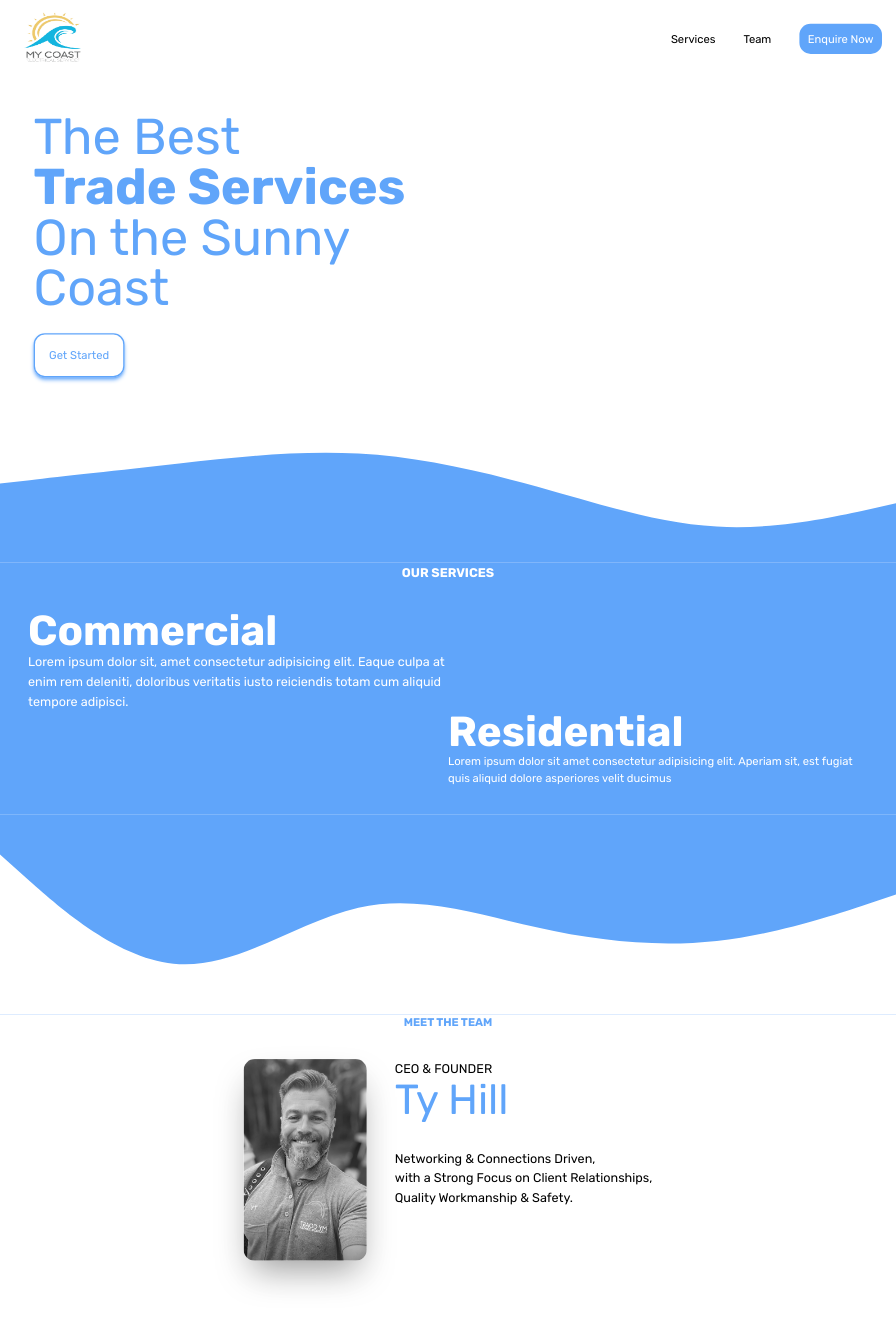
Repository: Jace-Kington/mce-website
Page: /
An editor plug-in stored every save of this project. The page is shown before and after the next save, followed by the edit.
The browser window is 1280 px wide. The pictures show the part of the page from y = 0 to 1920 px (the page is 2895 px tall), at 70% of full size.
The project was rebuilt for these pictures with package versions that can differ from the ones it lists, and the page was loaded fresh each time. The framework's server and built-in components were replaced by stand-ins that run in the browser. Also part of the build but not shown: next.config.js.

Above is the page before, as saved 2022-11-12 14:17:24.

### pages/index.js

import Navbar from '../components/Navbar'
import Services from '../components/Services'
import MeetUs from '../components/Meet-us'
import ContactUs from '../components/ContactUs'
import Footer from '../components/Footer'

export default function Home() {
  return (
    <div>
      <head>
        <link rel="preconnect" href="https://fonts.googleapis.com"/>
        <link rel="preconnect" href="https://fonts.gstatic.com" crossorigin/>
        <link href="https://fonts.googleapis.com/css2?family=Rubik:ital,wght@0,400;0,500;0,700;0,900;1,800;1,900&display=swap" rel="stylesheet"/>
        <meta charset="UTF-8"/>
        <meta name="viewport" content="width=device-width, initial-scale=1.0, user-scalable=0"/>
        <title>My Coat Electrical</title>
      </head>
      <Navbar/>
      <Services/>
      <MeetUs/>
      <ContactUs/>
      <Footer/>
    </div>
  )
}

### styles/globals.css
@tailwind base;
@tailwind components;
@tailwind utilities;

* {
  font-family: 'Rubik';
}

### components/Navbar.jsx
import React from 'react'
import Image from 'next/image'
import image_2 from '../assets/logo-1.png'
import HamburgerMenu from './Hamburger'
import Link from 'next/link'

const Navbar = () => {
  return (
    <div className=''>
      <div className='flex justify-between items-center md:hidden'>
      <Image alt = "" src={image_2} className='rounded-full p-2 h-28 w-28' />

        <HamburgerMenu className = ''/>
      </div>

      <div className='md:flex hidden justify-between items-center ml-5 mr-5'>
        <Image alt = "" src={image_2} className='rounded-full p-2 h-28 w-28' />
        <div className='flex gap-10 items-center'>
          <a className='hover:text-blue-400 transition ease-in' href='#services-section'>
            Services
          </a>

          <a className='hover:text-blue-400 transition ease-in ' href="#meet-us">
            Team
          </a>

          <div className=''>
            <a className='bg-blue-400 hover:bg-blue-500 transition ease-in rounded-2xl p-3' href="#contact-us">
              <span className='text-white'>Enquire Now</span>
            </a>
          </div>

        </div>
      </div>

      <div className='grid grid-cols-2'>
        <div className='text-left text-blue-400 mt-12 ml-12'>
          <div className='text-4xl sm:text-7xl'>
            The Best
          </div>
          <strong className='text-7xl'>Trade Services</strong>
          <div className='text-4xl sm:text-7xl'>
            On the Sunny Coast
          </div>

          <div className='outline-rounded mt-12 bg-white'>
            <a  style = {{'border-width': '2px', 'border-color': '#60a5fa'}} className='rounded-2xl hover:bg-blue-400 hover:text-white transition shadow-md shadow-blue-400 hover:shadow-lg hover:shadow-blue-400 p-5' href="#contact-us">
              Get Started
            </a>
          </div>
        </div>
        <div>

        </div>
      </div>
      <svg xmlns="http://www.w3.org/2000/svg" viewBox="0 0 1440 320"><path fill="#60a5fa" fill-opacity="1" d="M0,192L48,186.7C96,181,192,171,288,160C384,149,480,139,576,144C672,149,768,171,864,197.3C960,224,1056,256,1152,261.3C1248,267,1344,245,1392,234.7L1440,224L1440,320L1392,320C1344,320,1248,320,1152,320C1056,320,960,320,864,320C768,320,672,320,576,320C480,320,384,320,288,320C192,320,96,320,48,320L0,320Z"></path></svg>
    </div>
  )
}

export default Navbar

### components/Services.tsx
import React from 'react'

const Services = () => {
  return (
    <div id = 'services-section' className = 'bg-blue-400'>
        <div className = 'text-white text-center font-semibold text-lg uppercase underline-offset-1'>Our Services</div>
        <div className = 'grid grid-cols-2 m-10'>
            <div className = ''>
                <div className = 'text-white text-3xl sm:text-6xl font-bold'>Commercial</div>
                <div className = 'text-white text-lg'>Lorem ipsum dolor sit, amet consectetur adipisicing elit. Eaque culpa at enim rem deleniti, doloribus veritatis iusto reiciendis totam cum aliquid tempore adipisci. </div>
            </div>
            <div className = ''>

            </div>
            <div>

            </div>
            <div>
                <div className = 'text-white text-3xl sm:text-6xl font-bold'>Residential</div>
                <div className = 'text-white'>Lorem ipsum dolor sit amet consectetur adipisicing elit. Aperiam sit, est fugiat quis aliquid dolore asperiores velit ducimus </div>
            </div>
        </div>
        <svg className = 'bg-white' xmlns="http://www.w3.org/2000/svg" viewBox="0 0 1440 320">
        <path fill="#60a5fa" fill-opacity="1" d="M0,64L48,106.7C96,149,192,235,288,240C384,245,480,171,576,149.3C672,128,768,160,864,181.3C960,203,1056,213,1152,202.7C1248,192,1344,160,1392,144L1440,128L1440,0L1392,0C1344,0,1248,0,1152,0C1056,0,960,0,864,0C768,0,672,0,576,0C480,0,384,0,288,0C192,0,96,0,48,0L0,0Z"></path>
        </svg>
    </div>
  )
}

export default Services

### components/Meet-us.tsx
import React from 'react'
import Image from 'next/image'
import image_2 from '../assets/ty-photo.png'


const MeetUs = () => {
  return (
    <div id = "meet-us" className = 'max-w-[100%]'>
        <div className = 'text-blue-400 uppercase font-semibold text-center'>Meet the Team</div>

        <div className = 'justify-center flex gap-10 m-10'>
            <div>
              <Image alt = "" className = 'rounded-2xl shadow-2xl shadow-blue-400 grayscale h-72 w-44' src = {image_2}/>
            </div>
            <div>
                <div className = 'uppercase text-lg'>CEO & Founder</div>
                <div className = 'text-6xl text-blue-400 pb-10'>Ty Hill</div>
                <div className = 'text-lg'>
                  <div className = ''>Networking & Connections Driven, </div>
                  <div>with a Strong Focus on Client Relationships,</div>
                  <div>Quality Workmanship & Safety.</div>
                </div>

            </div>
        </div>

        <svg xmlns="http://www.w3.org/2000/svg" viewBox="0 0 1440 320"><path fill="#60a5fa" fill-opacity="1" d="M0,288L48,256C96,224,192,160,288,149.3C384,139,480,181,576,170.7C672,160,768,96,864,112C960,128,1056,224,1152,266.7C1248,309,1344,299,1392,293.3L1440,288L1440,320L1392,320C1344,320,1248,320,1152,320C1056,320,960,320,864,320C768,320,672,320,576,320C480,320,384,320,288,320C192,320,96,320,48,320L0,320Z"></path></svg>
    </div>
  )
}

export default MeetUs

### components/ContactUs.jsx
import React, { useRef } from 'react'
import emailjs from '@emailjs/browser'
import { ToastContainer, toast } from 'react-toastify'
import 'react-toastify/dist/ReactToastify.css'

const ContactUs = () => {
  const toast_success = () => { toast('Email Sent!'); }
  const toast_fail = () => { toast('Error'); }

  const form = useRef();

  const sendEmail = (e) => {
    e.preventDefault();

    emailjs.sendForm('service_16oy9kb', 'template_p83nfjr', form.current, '7jHtCbxop4BW2nz9r')
      .then((result) => {
          console.log(result.text);
          toast_success();
      }, (error) => {
          console.log(error.text);
          toast_fail();
      });
  };

  return (
    <div id = "contact-us" className = 'bg-blue-400'>
        <div className = 'flex'>
          <div className = 'text-white uppercase font-semibold p-20 text-8xl'>
              <div>We&apos;ll</div>
              <div>Be In</div>
              <div>Touch</div>
          </div>
          <form ref = {form} onSubmit = {sendEmail} className = 'pt-20'>
            <div className = 'flex gap-20 '>
              <div className = 'flex flex-col gap-10'>
                <div>
                  <label className = 'text-white' for="fname">First name:</label>
                  <input className = 'rounded-lg p-2 outline-1 outline-white w-full' type="text" id="fname" name="fname"/>
                </div>
                <div>
                  <label className = 'text-white' for="lname">Last name:</label>
                  <input className = 'rounded-lg p-2 outline-1 outline-white w-full' type="text" id="lname" name="lname"/>
                </div>
              </div>
              <div>
              <div className = 'flex flex-col gap-10'>
                <div>
                  <label className = 'text-white' for="phonenumber">Phone Number:</label>
                  <input className = 'rounded-lg p-2 outline-1 outline-white w-full' type="text" id="phonenumber" name="phonenumber"/>
                </div>
                <div>
                  <label className = 'text-white' for="email">Email:</label>
                  <input className = 'rounded-lg p-2 outline-1 outline-white w-full' type="text" id="email" name="email"/>
                </div>
              </div>
              </div>
            </div>

            <div>
              <button style = {{'border-width': '3px', 'border-color': 'white'}} className = 'text-center w-full p-3 rounded-2xl font-semibold hover:text-blue-400 text-white transition ease-in bg-blue-400 hover:bg-white mt-14'>Send</button>
              <ToastContainer
  position="top-right"
  autoClose={5000}
  hideProgressBar={true}
  newestOnTop={false}
  closeOnClick
  rtl={false}
  pauseOnFocusLoss
  draggable
  pauseOnHover
  toastStyle = {{'background-color': 'rgb(34 197 94)', 'color': 'white', 'border-radius': '1rem', 'padding': '15px'}}
  />
            </div>
          </form>
        </div>
      </div>
  )
}

export default ContactUs

### components/Footer.tsx
import React from 'react'
import image_2 from '../assets/logo-1.png'
import Image from 'next/image'

const Footer = () => {
  return (
    <div className = 'border-t-2 border-gray pb-4 bg-blue-400'>
        <div className = 'flex justify-between text-white p-20'>
            <div className = ''>
                <div className = 'flex items-center gap-5'>
                <Image alt = "" src= {image_2} className = 'items-start rounded-full p-2 h-28 w-28'/>

                <div className = 'flex gap-10 text-white'>
                    <svg fill="#fff" xmlns="http://www.w3.org/2000/svg"  viewBox="0 0 16 16" width="32px" height="32px"><path d="M 15 3.296875 C 14.476563 3.523438 13.949219 3.691406 13.367188 3.746094 C 13.949219 3.410156 14.417969 2.84375 14.648438 2.226563 C 14.066406 2.5625 13.484375 2.789063 12.84375 2.902344 C 12.257813 2.339844 11.5 2 10.683594 2 C 9.109375 2 7.824219 3.242188 7.824219 4.765625 C 7.824219 4.988281 7.824219 5.214844 7.882813 5.386719 C 4.875 5.386719 2.8125 3.691406 1.414063 2 C 1.121094 2.394531 1.003906 2.902344 1.003906 3.410156 C 1.003906 4.367188 1.53125 5.214844 2.289063 5.722656 C 1.820313 5.667969 1.355469 5.554688 1.003906 5.386719 C 1.003906 5.386719 1.003906 5.386719 1.003906 5.441406 C 1.003906 6.796875 1.996094 7.921875 3.28125 8.148438 C 3.046875 8.203125 2.8125 8.261719 2.519531 8.261719 C 2.347656 8.261719 2.171875 8.261719 1.996094 8.207031 C 2.347656 9.335938 3.976563 10.632813 5.257813 10.632813 C 4.265625 11.363281 3.34375 12 1.5 12 C 1.265625 12 1.453125 12 1 12 C 2.28125 12.789063 3.800781 13 5.375 13 C 10.683594 13 13.542969 8.769531 13.542969 5.101563 C 13.542969 4.988281 13.542969 4.878906 13.542969 4.765625 C 14.125 4.367188 14.59375 3.863281 15 3.296875"/></svg>
                    <svg fill="#fff" xmlns="http://www.w3.org/2000/svg"  viewBox="0 0 16 16" width="32px" height="32px"><path d="M 4.773438 1 C 2.695313 1 1 2.695313 1 4.773438 L 1 10.230469 C 1 12.304688 2.695313 14 4.773438 14 L 10.230469 14 C 12.304688 14 14 12.304688 14 10.226563 L 14 4.773438 C 14 2.695313 12.304688 1 10.226563 1 Z M 4.773438 2 L 10.226563 2 C 11.765625 2 13 3.234375 13 4.773438 L 13 10.226563 C 13 11.765625 11.765625 13 10.230469 13 L 4.773438 13 C 3.234375 13 2 11.765625 2 10.230469 L 2 4.773438 C 2 3.234375 3.234375 2 4.773438 2 Z M 11.5 3 C 11.222656 3 11 3.222656 11 3.5 C 11 3.777344 11.222656 4 11.5 4 C 11.777344 4 12 3.777344 12 3.5 C 12 3.222656 11.777344 3 11.5 3 Z M 7.5 4 C 5.574219 4 4 5.574219 4 7.5 C 4 9.425781 5.574219 11 7.5 11 C 9.425781 11 11 9.425781 11 7.5 C 11 5.574219 9.425781 4 7.5 4 Z M 7.5 5 C 8.886719 5 10 6.113281 10 7.5 C 10 8.886719 8.886719 10 7.5 10 C 6.113281 10 5 8.886719 5 7.5 C 5 6.113281 6.113281 5 7.5 5 Z"/></svg>
                    <svg fill="#fff" xmlns="http://www.w3.org/2000/svg"  viewBox="0 0 16 16" width="32px" height="32px"><path d="M 3.5 1 C 2.1250151 1 1 2.1250151 1 3.5 L 1 11.5 C 1 12.874985 2.1250151 14 3.5 14 L 11.5 14 C 12.874985 14 14 12.874985 14 11.5 L 14 3.5 C 14 2.1250151 12.874985 1 11.5 1 L 3.5 1 z M 3.5 2 L 11.5 2 C 12.335015 2 13 2.6649849 13 3.5 L 13 11.5 C 13 12.335015 12.335015 13 11.5 13 L 9.9042969 13 L 9.9042969 8.9667969 L 11.300781 8.9667969 L 11.509766 7.3574219 L 9.9042969 7.3574219 L 9.9042969 6.3320312 C 9.9042969 5.8660312 10.034031 5.5488281 10.707031 5.5488281 L 11.566406 5.5488281 L 11.566406 4.109375 C 11.417406 4.089375 10.907453 4.046875 10.314453 4.046875 C 9.0764531 4.046875 8.2304688 4.795875 8.2304688 6.171875 L 8.2304688 7.3574219 L 7 7.3535156 L 7 8.9628906 L 8.2304688 8.9667969 L 8.2304688 13 L 3.5 13 C 2.6649849 13 2 12.335015 2 11.5 L 2 3.5 C 2 2.6649849 2.6649849 2 3.5 2 z"/></svg>
                </div>
                </div>


                <div className = ''>
                    <div>fjf</div>
                </div>
            </div>

            <div className='flex gap-20'>
                <div className = ''>
                    <div className = 'text-lg font-bold pb-5'>
                        Contact Us
                    </div>
                    <div>
                        Address
                    </div>
                    <div>
                        Phone number
                    </div>
                    <div>
                        Email
                    </div>
                </div>

                <div>
                    <div className = 'text-lg font-bold pb-5'>
                        Pages
                    </div>

                    <div>
                        Home
                    </div>
                    <div>
                        Services
                    </div>
                    <div>
                        Team
                    </div>
                    <div>
                        Contact Us
                    </div>
                </div>
            </div>
        </div>
    </div>
  )
}

export default Footer

### components/Hamburger.jsx
import Link from 'next/link'
import { slide as Menu } from 'react-burger-menu'

const HamburgerMenu = () => (<div className='relative p-2'>
    <Menu customBurgerIcon={<HamburgerIcon />} width={'auto'} className='left-0 top-12' >
        <Links />
    </Menu>
</div>)

const HamburgerIcon = () => (<div className='p-1/2'><svg className="w-8 h-8 text-gray-500" fill="none" strokeLinecap="round" strokeLinejoin="round" strokeWidth="2" viewBox="0 0 24 24" stroke="currentColor"><path d="M4 6h16M4 12h16M4 18h16"></path></svg></div>)

export const Links = () => (<>
    <Link href="/">Home</Link>
    <Link href="/about">About</Link>
</>)

export default HamburgerMenu

Loaded but not shown: pages/_app.js (common file); tailwind.config.js (common file)

After the next save:
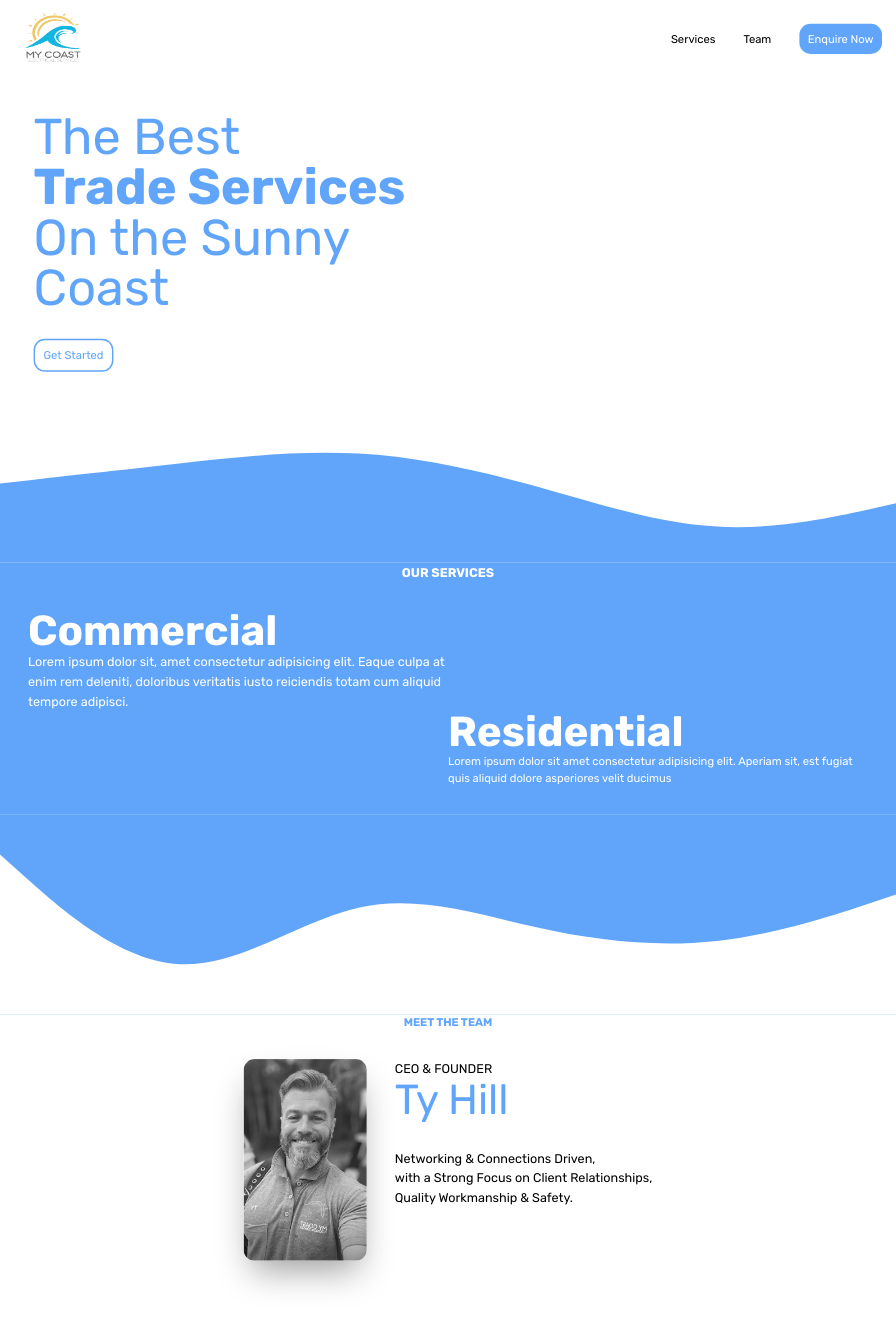
Saved 66 s later.
--- a/components/Navbar.jsx
+++ b/components/Navbar.jsx
@@ -44,7 +44,7 @@ const Navbar = () => {
           </div>
 
           <div className='outline-rounded mt-12 bg-white'>
-            <a  style = {{'border-width': '2px', 'border-color': '#60a5fa'}} className='rounded-2xl hover:bg-blue-400 hover:text-white transition shadow-md shadow-blue-400 hover:shadow-lg hover:shadow-blue-400 p-5' href="#contact-us">
+            <a  style = {{'border-width': '2px', 'border-color': '#60a5fa'}} className='rounded-2xl  hover:text-white transition  p-3' href="#contact-us">
               Get Started
             </a>
           </div>
